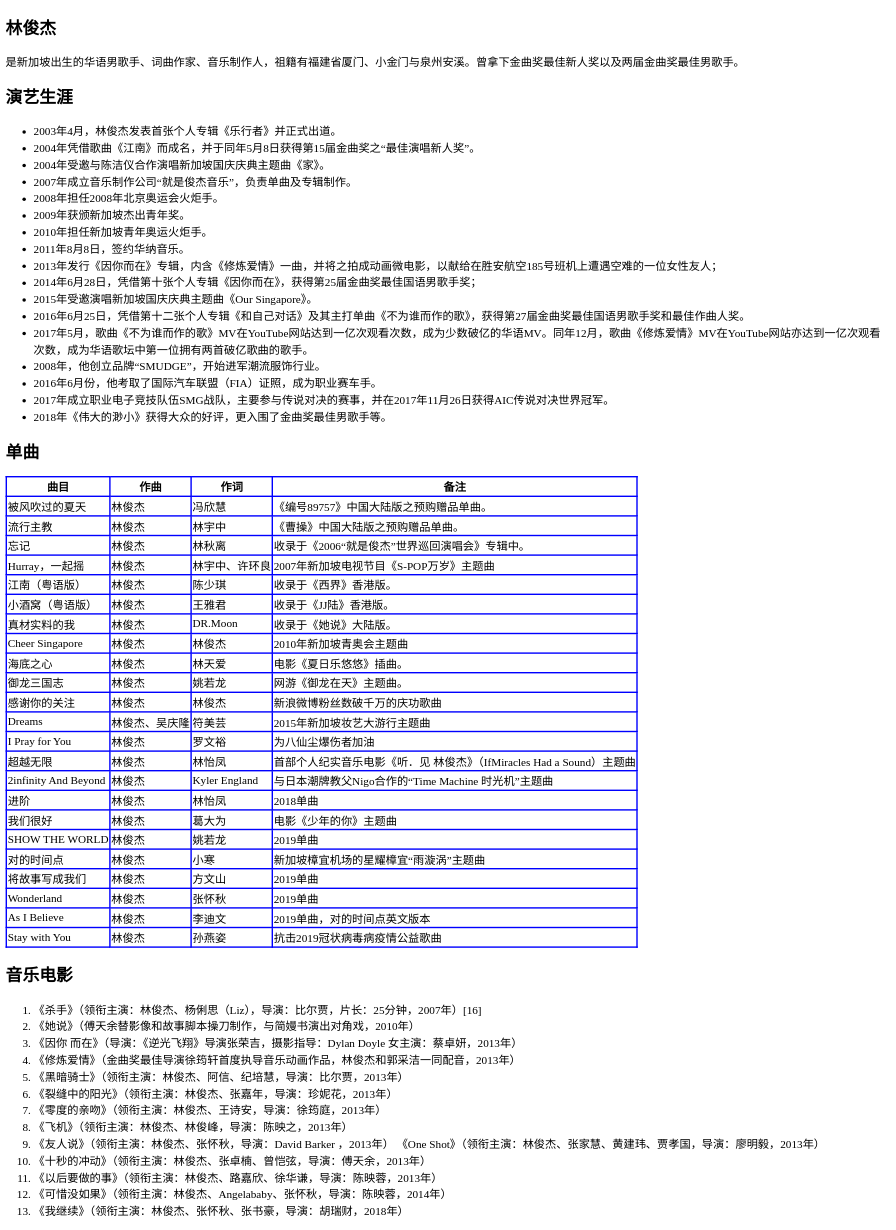
Repository: chenguocan/html_work
Page: html_work.html
An editor plug-in stored every save of this project. The page is shown before and after the next save, followed by the edit.
The browser window is 1280 px wide. The pictures show the whole page, at 70% of full size.

Above is the page before, as saved 2020-06-26 10:15:46.

### html_work.html
<!DOCTYPE html>
<html lang="zh-CN">
  <head>
    <meta charset="UTF-8" />
    <meta
      name="viewport"
      content="width=device-width, initial-scale=1.0, minimum-scale=1.0, maximum-scale=1.0, user-scalable=no"
    />
    <title>Document</title>
    <style>
      table {
        table-layout: fixed;
        border-collapse: collapse;
        border-spacing: 0;
      }
      td,
      th {
        border: 2px solid blue;
      }
    </style>
  </head>
  <body>
    <section>
      <h1>林俊杰</h1>
      <p>
        是新加坡出生的华语男歌手、词曲作家、音乐制作人，祖籍有福建省厦门、小金门与泉州安溪。曾拿下金曲奖最佳新人奖以及两届金曲奖最佳男歌手。
      </p>
      <h2>演艺生涯</h2>
      <ul>
        <li>2003年4月，林俊杰发表首张个人专辑《乐行者》并正式出道。</li>
        <li>
          2004年凭借歌曲《江南》而成名，并于同年5月8日获得第15届金曲奖之“最佳演唱新人奖”。
        </li>
        <li>2004年受邀与陈洁仪合作演唱新加坡国庆庆典主题曲《家》。</li>
        <li>2007年成立音乐制作公司“就是俊杰音乐”，负责单曲及专辑制作。</li>
        <li>2008年担任2008年北京奥运会火炬手。</li>
        <li>2009年获颁新加坡杰出青年奖。</li>
        <li>2010年担任新加坡青年奥运火炬手。</li>
        <li>2011年8月8日，签约华纳音乐。</li>
        <li>
          2013年发行《因你而在》专辑，内含《修炼爱情》一曲，并将之拍成动画微电影，以献给在胜安航空185号班机上遭遇空难的一位女性友人；
        </li>
        <li>
          2014年6月28日，凭借第十张个人专辑《因你而在》，获得第25届金曲奖最佳国语男歌手奖；
        </li>
        <li>2015年受邀演唱新加坡国庆庆典主题曲《Our Singapore》。</li>
        <li>
          2016年6月25日，凭借第十二张个人专辑《和自己对话》及其主打单曲《不为谁而作的歌》，获得第27届金曲奖最佳国语男歌手奖和最佳作曲人奖。
        </li>
        <li>
          2017年5月，歌曲《不为谁而作的歌》MV在YouTube网站达到一亿次观看次数，成为少数破亿的华语MV。同年12月，歌曲《修炼爱情》MV在YouTube网站亦达到一亿次观看次数，成为华语歌坛中第一位拥有两首破亿歌曲的歌手。
        </li>
        <li>2008年，他创立品牌“SMUDGE”，开始进军潮流服饰行业。</li>
        <li>2016年6月份，他考取了国际汽车联盟（FIA）证照，成为职业赛车手。</li>
        <li>
          2017年成立职业电子竞技队伍SMG战队，主要参与传说对决的赛事，并在2017年11月26日获得AIC传说对决世界冠军。
        </li>
        <li>
          2018年《伟大的渺小》获得大众的好评，更入围了金曲奖最佳男歌手等。
        </li>
      </ul>
      <h2>单曲</h2>
      <table>
        <thead>
          <tr>
            <th>曲目</th>
            <th>作曲</th>
            <th>作词</th>
            <th>备注</th>
          </tr>
        </thead>
        <tbody>
          <tr>
            <td>被风吹过的夏天</td>
            <td>林俊杰</td>
            <td>冯欣慧</td>
            <td>《编号89757》中国大陆版之预购赠品单曲。</td>
          </tr>
          <tr>
            <td>流行主教</td>
            <td>林俊杰</td>
            <td>林宇中</td>
            <td>《曹操》中国大陆版之预购赠品单曲。</td>
          </tr>

          <tr>
            <td>忘记</td>
            <td>林俊杰</td>
            <td>林秋离</td>
            <td>收录于《2006“就是俊杰”世界巡回演唱会》专辑中。</td>
          </tr>
          <tr>
            <td>Hurray，一起摇</td>
            <td>林俊杰</td>
            <td>林宇中、许环良</td>
            <td>2007年新加坡电视节目《S-POP万岁》主题曲</td>
          </tr>
          <tr>
            <td>江南（粤语版）</td>
            <td>林俊杰</td>
            <td>陈少琪</td>
            <td>收录于《西界》香港版。</td>
          </tr>
          <tr>
            <td>小酒窝（粤语版）</td>
            <td>林俊杰</td>
            <td>王雅君</td>
            <td>收录于《JJ陆》香港版。</td>
          </tr>
          <tr>
            <td>真材实料的我</td>
            <td>林俊杰</td>
            <td>DR.Moon</td>
            <td>收录于《她说》大陆版。</td>
          </tr>
          <tr>
            <td>Cheer Singapore</td>
            <td>林俊杰</td>
            <td>林俊杰</td>
            <td>2010年新加坡青奥会主题曲</td>
          </tr>
          <tr>
            <td>海底之心</td>
            <td>林俊杰</td>
            <td>林天爱</td>
            <td>电影《夏日乐悠悠》插曲。</td>
          </tr>
          <tr>
            <td>御龙三国志</td>
            <td>林俊杰</td>
            <td>姚若龙</td>
            <td>网游《御龙在天》主题曲。</td>
          </tr>
          <tr>
            <td>感谢你的关注</td>
            <td>林俊杰</td>
            <td>林俊杰</td>
            <td>新浪微博粉丝数破千万的庆功歌曲</td>
          </tr>
          <tr>
            <td>Dreams</td>
            <td>林俊杰、吴庆隆</td>
            <td>符美芸</td>
            <td>2015年新加坡妆艺大游行主题曲</td>
          </tr>
          <tr>
            <td>I Pray for You</td>
            <td>林俊杰</td>
            <td>罗文裕</td>
            <td>为八仙尘爆伤者加油</td>
          </tr>
          <tr>
            <td>超越无限</td>
            <td>林俊杰</td>
            <td>林怡凤</td>
            <td>
              首部个人纪实音乐电影《听．见 林俊杰》（IfMiracles Had a
              Sound）主题曲
            </td>
          </tr>
          <tr>
            <td>2infinity And Beyond</td>
            <td>林俊杰</td>
            <td>Kyler England</td>
            <td>与日本潮牌教父Nigo合作的“Time Machine 时光机”主题曲</td>
          </tr>
          <tr>
            <td>进阶</td>
            <td>林俊杰</td>
            <td>林怡凤</td>
            <td>2018单曲</td>
          </tr>
          <tr>
            <td>我们很好</td>
            <td>林俊杰</td>
            <td>葛大为</td>
            <td>电影《少年的你》主题曲</td>
          </tr>
          <tr>
            <td>SHOW THE WORLD</td>
            <td>林俊杰</td>
            <td>姚若龙</td>
            <td>2019单曲</td>
          </tr>
          <tr>
            <td>对的时间点</td>
            <td>林俊杰</td>
            <td>小寒</td>
            <td>新加坡樟宜机场的星耀樟宜“雨漩涡”主题曲</td>
          </tr>
          <tr>
            <td>将故事写成我们</td>
            <td>林俊杰</td>
            <td>方文山</td>
            <td>2019单曲</td>
          </tr>
          <tr>
            <td>Wonderland</td>
            <td>林俊杰</td>
            <td>张怀秋</td>
            <td>2019单曲</td>
          </tr>
          <tr>
            <td>As I Believe</td>
            <td>林俊杰</td>
            <td>李迪文</td>
            <td>2019单曲，对的时间点英文版本</td>
          </tr>
          <tr>
            <td>Stay with You</td>
            <td>林俊杰</td>
            <td>孙燕姿</td>
            <td>抗击2019冠状病毒病疫情公益歌曲</td>
          </tr>
        </tbody>
      </table>
      <h2>音乐电影</h2>
      <ol>
        <li>
          《杀手》（领衔主演：林俊杰、杨俐思（Liz），导演：比尔贾，片长：25分钟，2007年）[16]
        </li>
        <li>
          《她说》（傅天余替影像和故事脚本操刀制作，与简嫚书演出对角戏，2010年）
        </li>
        <li>
          《因你 而在》（导演：《逆光飞翔》导演张荣吉，摄影指导：Dylan Doyle
          女主演：蔡卓妍，2013年）
        </li>
        <li>
          《修炼爱情》（金曲奖最佳导演徐筠轩首度执导音乐动画作品，林俊杰和郭采洁一同配音，2013年）
        </li>
        <li>
          《黑暗骑士》（领衔主演：林俊杰、阿信、纪培慧，导演：比尔贾，2013年）
        </li>
        <li>
          《裂缝中的阳光》（领衔主演：林俊杰、张嘉年，导演：珍妮花，2013年）
        </li>
        <li>
          《零度的亲吻》（领衔主演：林俊杰、王诗安，导演：徐筠庭，2013年）
        </li>
        <li>《飞机》（领衔主演：林俊杰、林俊峰，导演：陈映之，2013年）</li>
        <li>
          《友人说》（领衔主演：林俊杰、张怀秋，导演：David Barker ，2013年）
          《One
          Shot》（领衔主演：林俊杰、张家慧、黄建玮、贾孝国，导演：廖明毅，2013年）
        </li>
        <li>
          《十秒的冲动》（领衔主演：林俊杰、张卓楠、曾恺弦，导演：傅天余，2013年）
        </li>
        <li>
          《以后要做的事》（领衔主演：林俊杰、路嘉欣、徐华谦，导演：陈映蓉，2013年）
        </li>
        <li>
          《可惜没如果》（领衔主演：林俊杰、Angelababy、张怀秋，导演：陈映蓉，2014年）
        </li>
        <li>
          《我继续》（领衔主演：林俊杰、张怀秋、张书豪，导演：胡瑞财，2018年）
        </li>
      </ol>
    </section>
  </body>
</html>

After the next save:
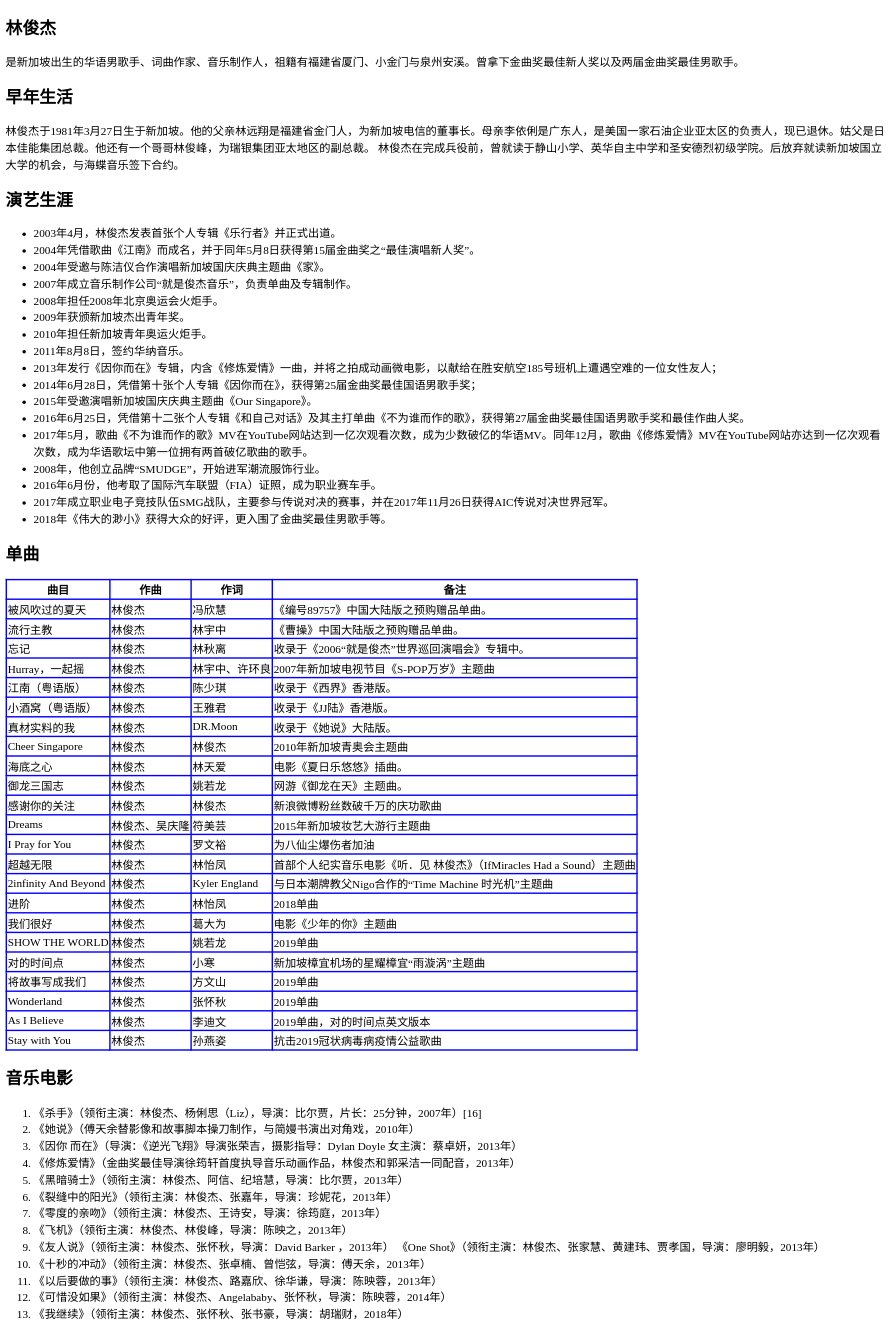
Saved 66 s later.
--- a/html_work.html
+++ b/html_work.html
@@ -25,6 +25,9 @@
       <p>
         是新加坡出生的华语男歌手、词曲作家、音乐制作人，祖籍有福建省厦门、小金门与泉州安溪。曾拿下金曲奖最佳新人奖以及两届金曲奖最佳男歌手。
       </p>
+      <h2>早年生活</h2>
+      林俊杰于1981年3月27日生于新加坡。他的父亲林远翔是福建省金门人，为新加坡电信的董事长。母亲李依俐是广东人，是美国一家石油企业亚太区的负责人，现已退休。姑父是日本佳能集团总裁。他还有一个哥哥林俊峰，为瑞银集团亚太地区的副总裁。
+      林俊杰在完成兵役前，曾就读于静山小学、英华自主中学和圣安德烈初级学院。后放弃就读新加坡国立大学的机会，与海蝶音乐签下合约。
       <h2>演艺生涯</h2>
       <ul>
         <li>2003年4月，林俊杰发表首张个人专辑《乐行者》并正式出道。</li>
